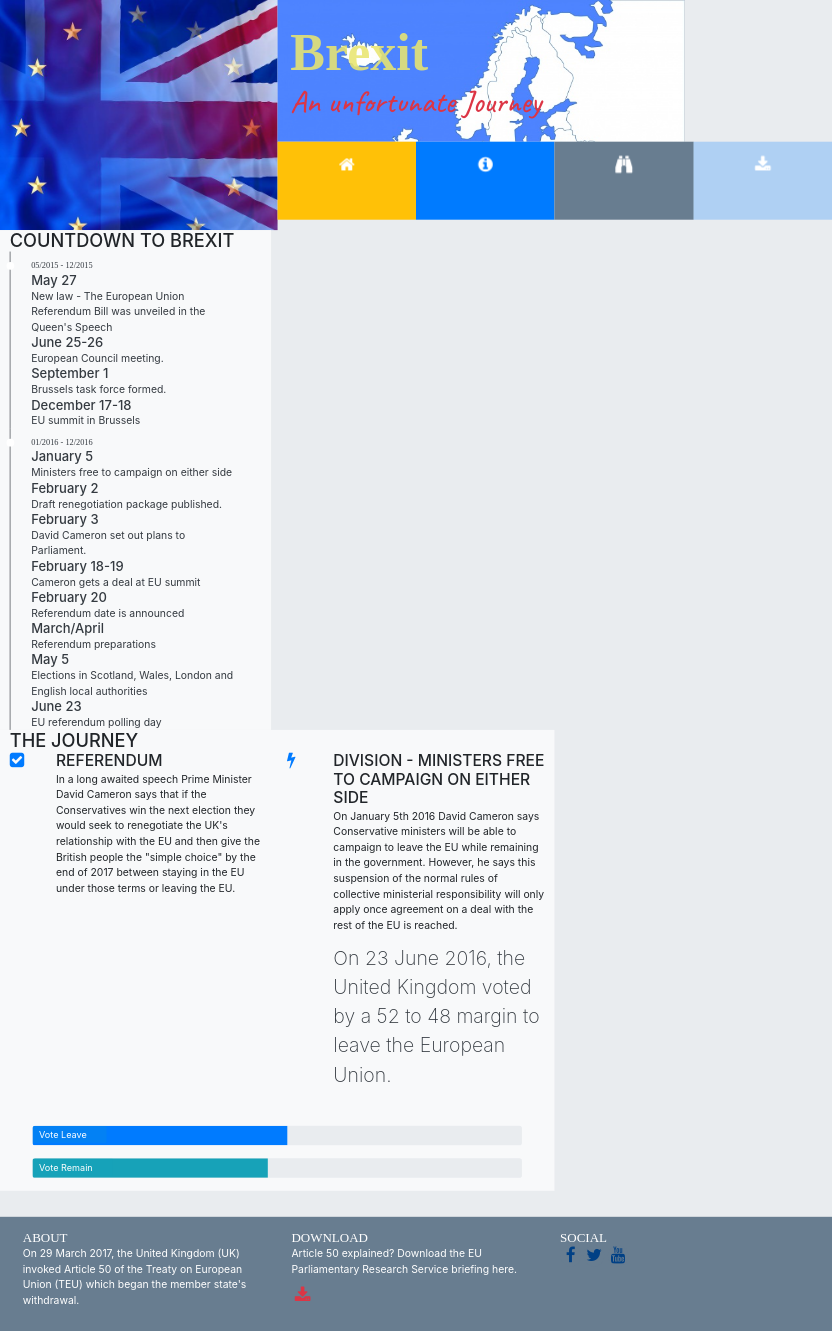
Repository: isiko1/Milestone_Project_One
Page: overview.html
The author's editor kept a record of every edit. The page is drawn from the files as they stood at one moment, then again after the next edit.
The browser window is 1280 px wide. The pictures show the whole page, at 65% of full size.
Some web fonts or font styles are not loaded; a fallback is used.

Above is the page before.

After the next edit:
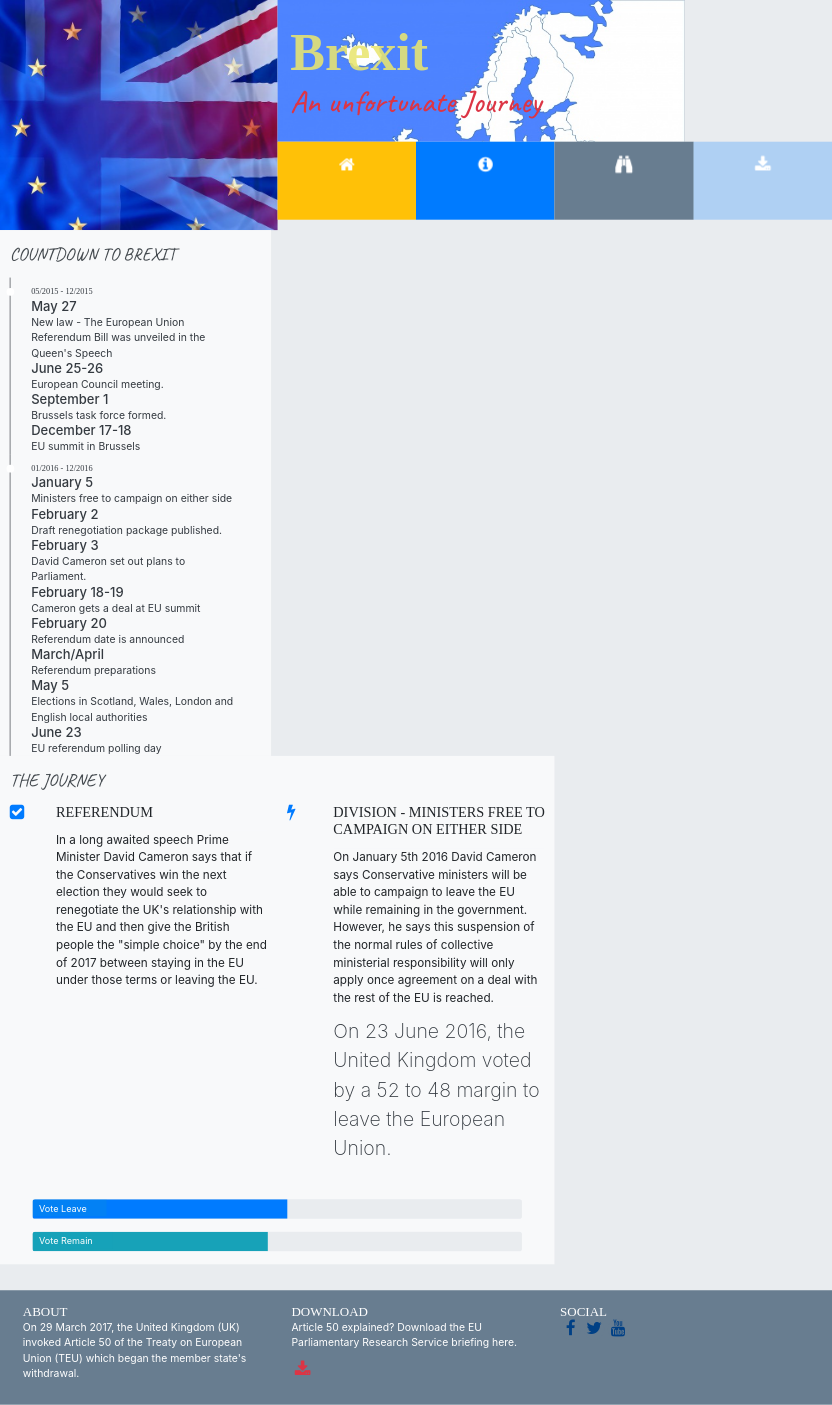
The edit:
--- a/info/css/style.css
+++ b/info/css/style.css
@@ -199,6 +199,8 @@
 #nav li {
     font-size: 14px;
 }
+
+/*------------------------------Section----------------------------------------*/
 
 .section-heading {
     margin-top: 20px;
